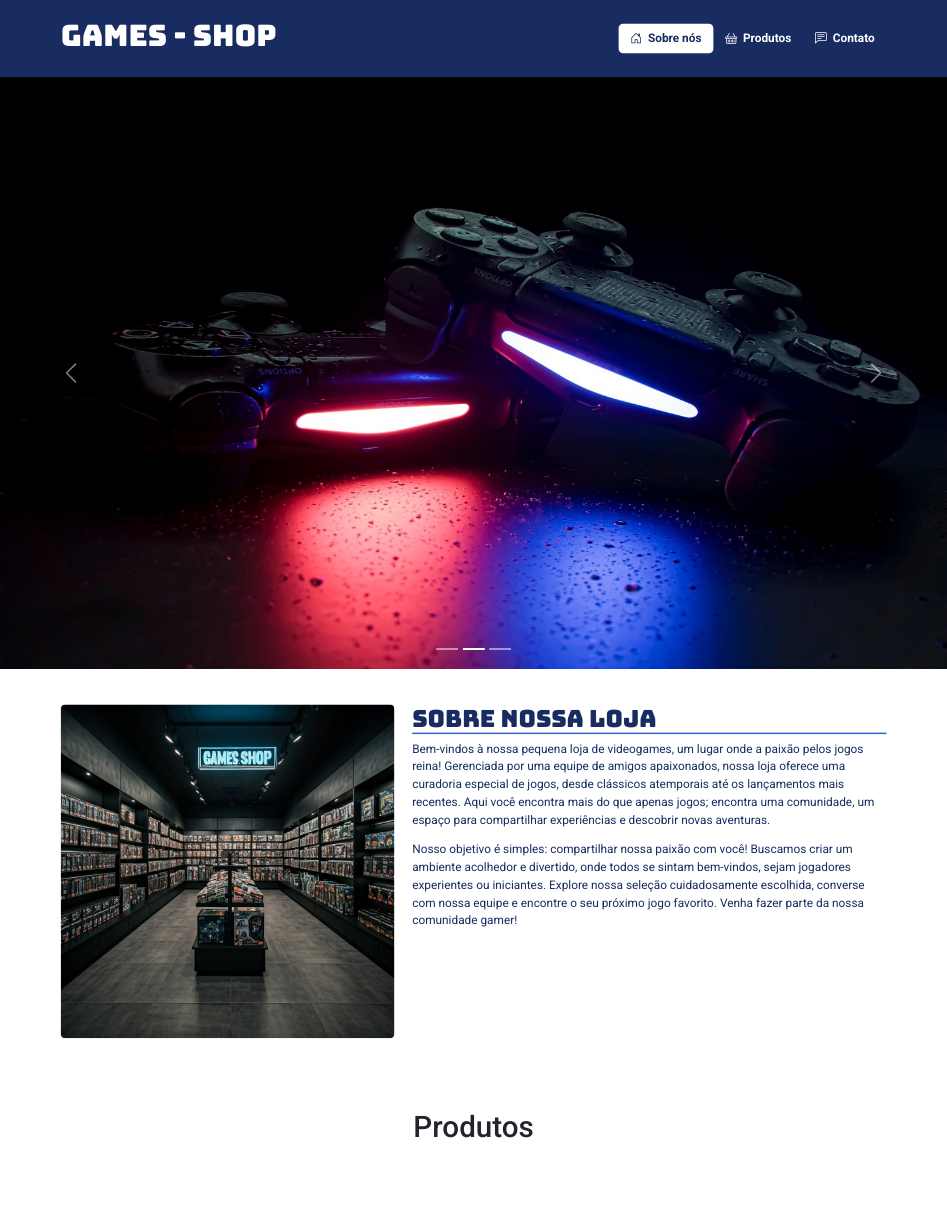
Repository: MatiasBrighent/GamesShop-Bootstrap
Page: index.html
The author's editor kept a copy of each file at every save. The page is drawn from the files as they stood at one save, then again after the next save.
The browser window is 1280 px wide. The pictures show the whole page, at 74% of full size.

Above is the page before, as saved 2025-06-20 14:58:13.

After the next save:
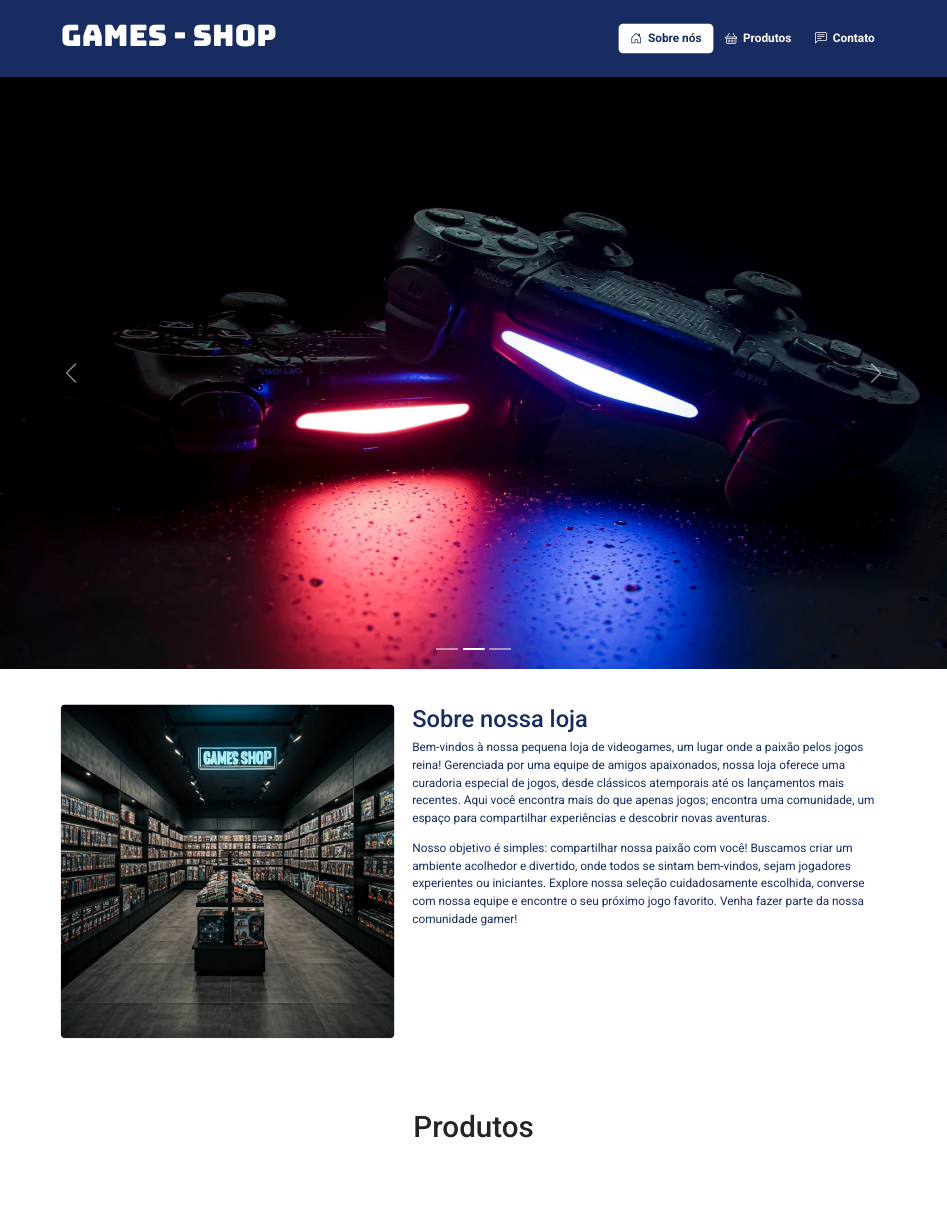
Saved 2 min 7 s later.
--- a/index.html
+++ b/index.html
@@ -74,7 +74,7 @@
                             <img src="images/Games-Shop.jpg" class="d-block w-100 rounded" alt="foto da nossa loja">
                         </div>
                         <div class="col-md-7 ">
-                            <h2 class="section-tittle  mt-md-0 text-colored">Sobre nossa loja</h2>
+                            <h2 class="tittle  mt-md-0 text-colored">Sobre nossa loja</h2>
                             <p class="text-colored">
                                 Bem-vindos à nossa pequena loja de videogames, um lugar onde a paixão pelos jogos reina! Gerenciada por uma equipe de amigos apaixonados, nossa loja oferece uma curadoria especial de jogos, desde clássicos atemporais até os lançamentos mais recentes. Aqui você encontra mais do que apenas jogos; encontra uma comunidade, um espaço para compartilhar experiências e descobrir novas aventuras.
                             </p>

After the 2 saves that followed:
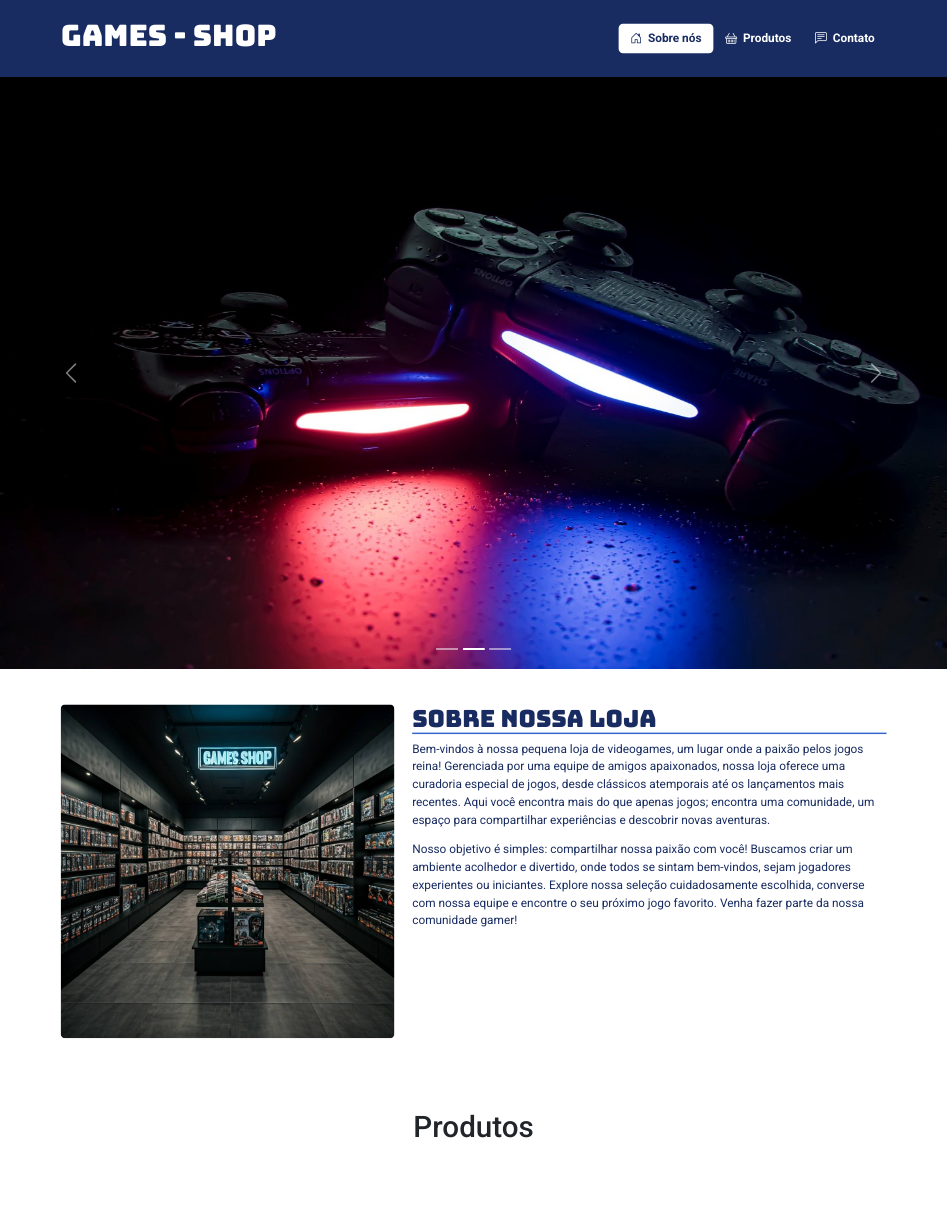
The 2 saves are shown as one change because 1 left the picture as it was.
The last was saved 33 s later.
--- a/index.html
+++ b/index.html
@@ -74,7 +74,7 @@
                             <img src="images/Games-Shop.jpg" class="d-block w-100 rounded" alt="foto da nossa loja">
                         </div>
                         <div class="col-md-7 ">
-                            <h2 class="tittle  mt-md-0 text-colored">Sobre nossa loja</h2>
+                            <h2 class=" tittle  mt-md-0 text-colored">Sobre nossa loja</h2>
                             <p class="text-colored">
                                 Bem-vindos à nossa pequena loja de videogames, um lugar onde a paixão pelos jogos reina! Gerenciada por uma equipe de amigos apaixonados, nossa loja oferece uma curadoria especial de jogos, desde clássicos atemporais até os lançamentos mais recentes. Aqui você encontra mais do que apenas jogos; encontra uma comunidade, um espaço para compartilhar experiências e descobrir novas aventuras.
                             </p>
--- a/style.css
+++ b/style.css
@@ -6,11 +6,14 @@
     font-family: Bungee;
     color: #fff;
 }
-.section-tittle{
+
+.tittle{
     font-family: Bungee;
     color: #182c61;
     border-bottom: 2px solid #3564ca;
 }
+
+
 
 .text-colored{
     color: #182c61;
